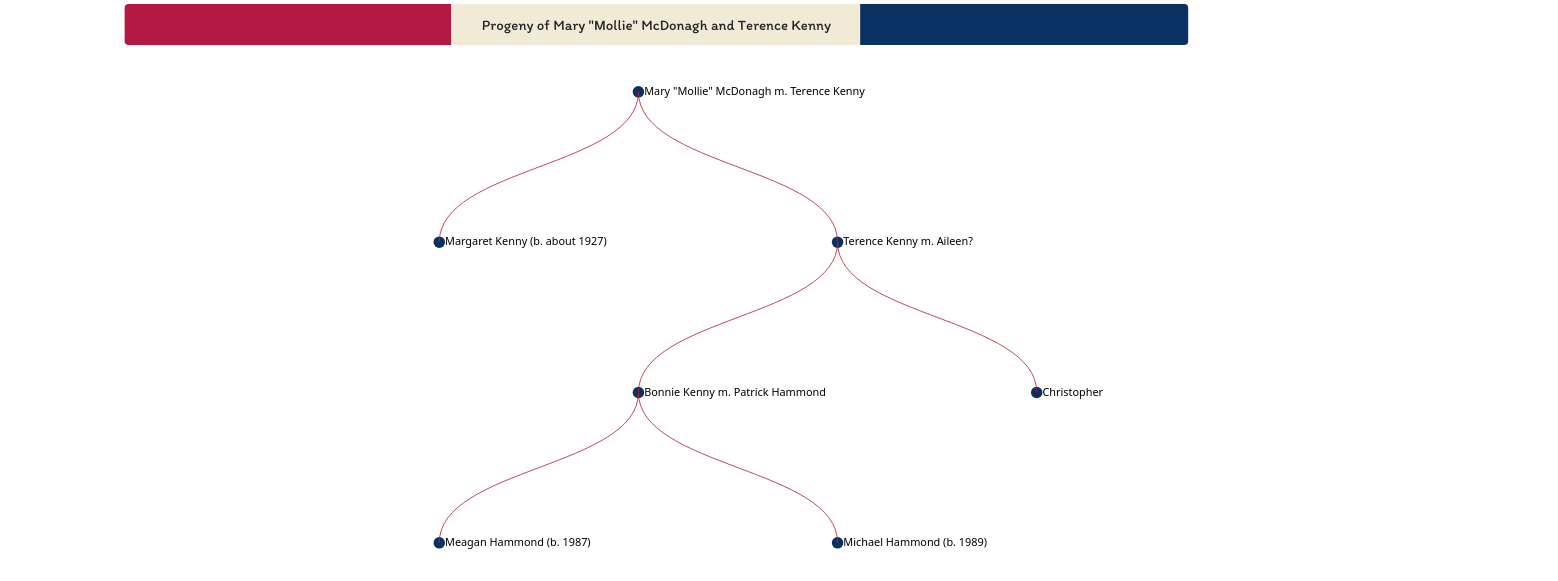
Repository: George2916/GreensladeFamilyTree
Page: progenyMollieMcDonagh.html
The author's editor kept a record of every edit. The page is drawn from the files as they stood at one moment, then again after the next edit.
The browser window is 1280 px wide. The page is 1900 px wide, so the pictures cover 1900 px, including what lies to the right of the window. The pictures show the whole page, at 82% of full size.

Above is the page before.

After the next edit:
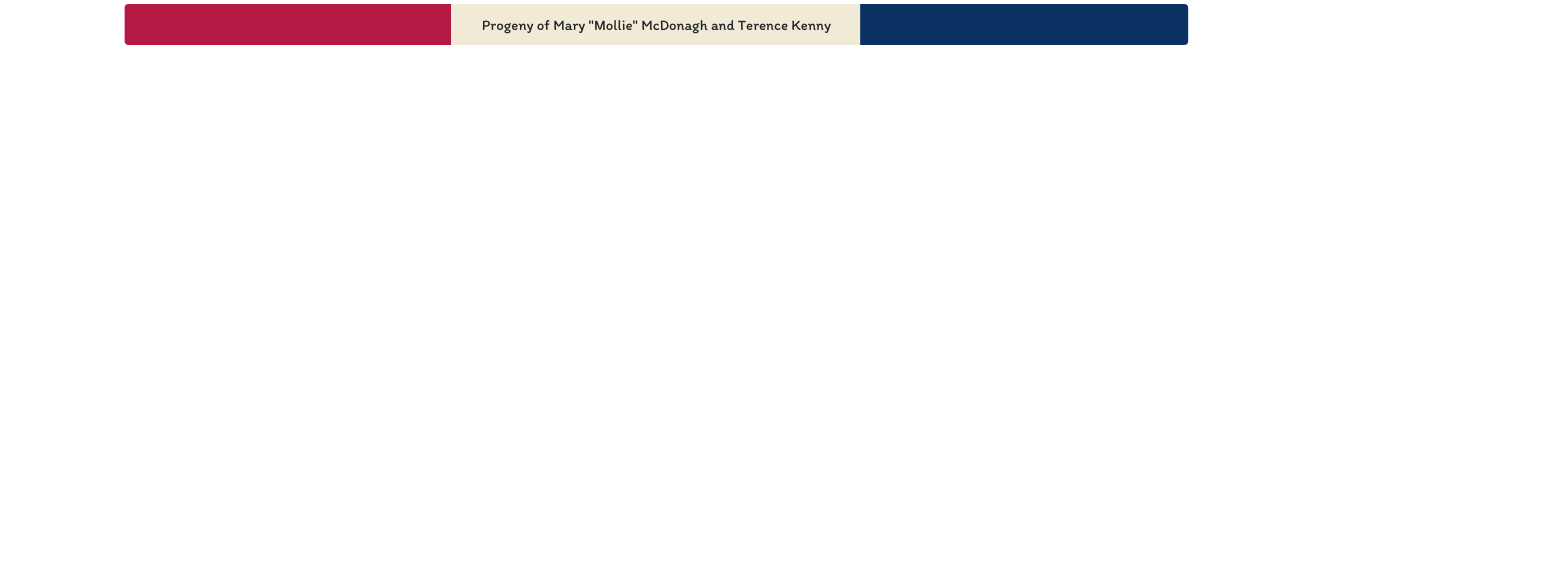
Console error (its wording comes from the project's code and is left out).
The edit:
--- a/progenyMollieMcDonagh.html
+++ b/progenyMollieMcDonagh.html
@@ -43,7 +43,7 @@
 
                 {"child":"Margaret Kenny (b. about 1927)", "parent": "Mary \"Mollie\" McDonagh m. Terence Kenny"},
 
-                {"child":"Terence Kenny m. Aileen?", "parent": "Mary \"Mollie\" McDonagh m. Terence Kenny"},
+                {"child":"Terence Kenny (b. about 1929) m. Aileen?", "parent": "Mary \"Mollie\" McDonagh m. Terence Kenny"},
 
                 {"child":"Bonnie Kenny m. Patrick Hammond", "parent": "Terence Kenny m. Aileen?"},
                 {"child":"Meagan Hammond (b. 1987)", "parent": "Bonnie Kenny m. Patrick Hammond"},

After the 2 edits that followed:
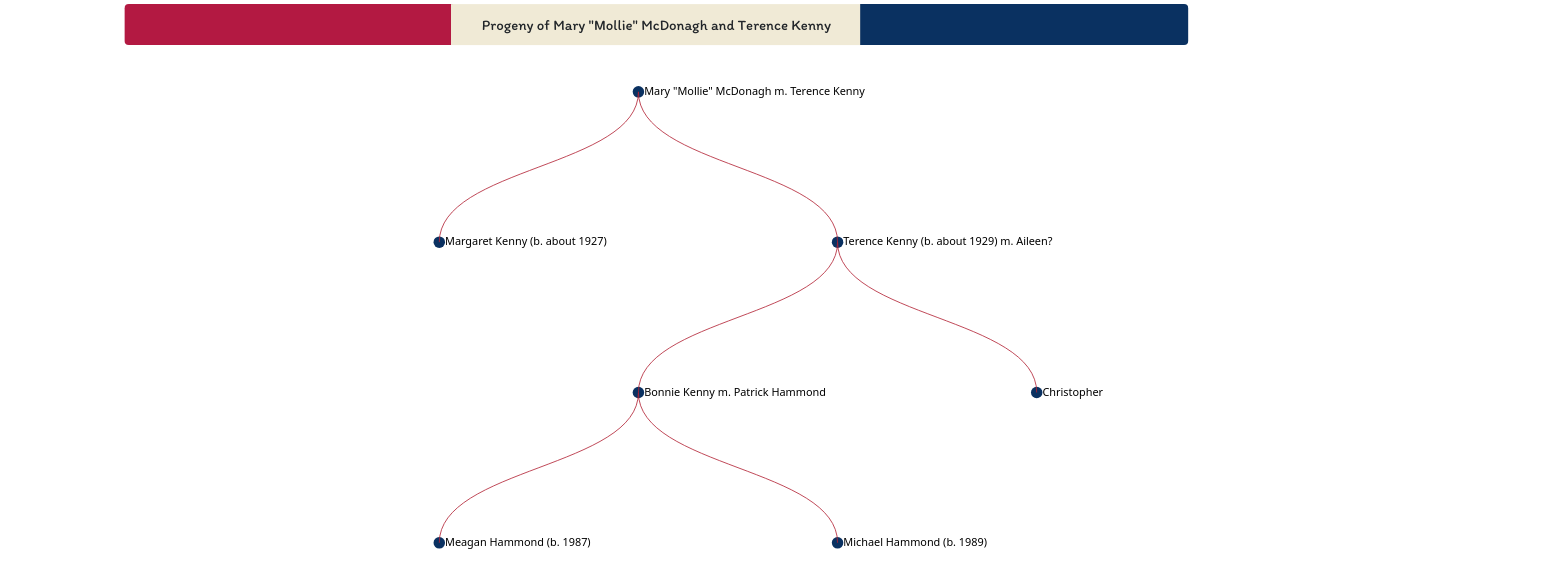
The error is gone.
The 2 edits are shown as one change because 1 left the picture as it was.
The edit:
--- a/progenyMollieMcDonagh.html
+++ b/progenyMollieMcDonagh.html
@@ -45,11 +45,11 @@
 
                 {"child":"Terence Kenny (b. about 1929) m. Aileen?", "parent": "Mary \"Mollie\" McDonagh m. Terence Kenny"},
 
-                {"child":"Bonnie Kenny m. Patrick Hammond", "parent": "Terence Kenny m. Aileen?"},
+                {"child":"Bonnie Kenny m. Patrick Hammond", "parent": "Terence Kenny (b. about 1929) m. Aileen?"},
                 {"child":"Meagan Hammond (b. 1987)", "parent": "Bonnie Kenny m. Patrick Hammond"},
                 {"child":"Michael Hammond (b. 1989)", "parent": "Bonnie Kenny m. Patrick Hammond"},
 
-                {"child":"Christopher", "parent": "Terence Kenny m. Aileen?"},
+                {"child":"Christopher", "parent": "Terence Kenny (b. about 1929) m. Aileen?"},
 
                 ];
 
